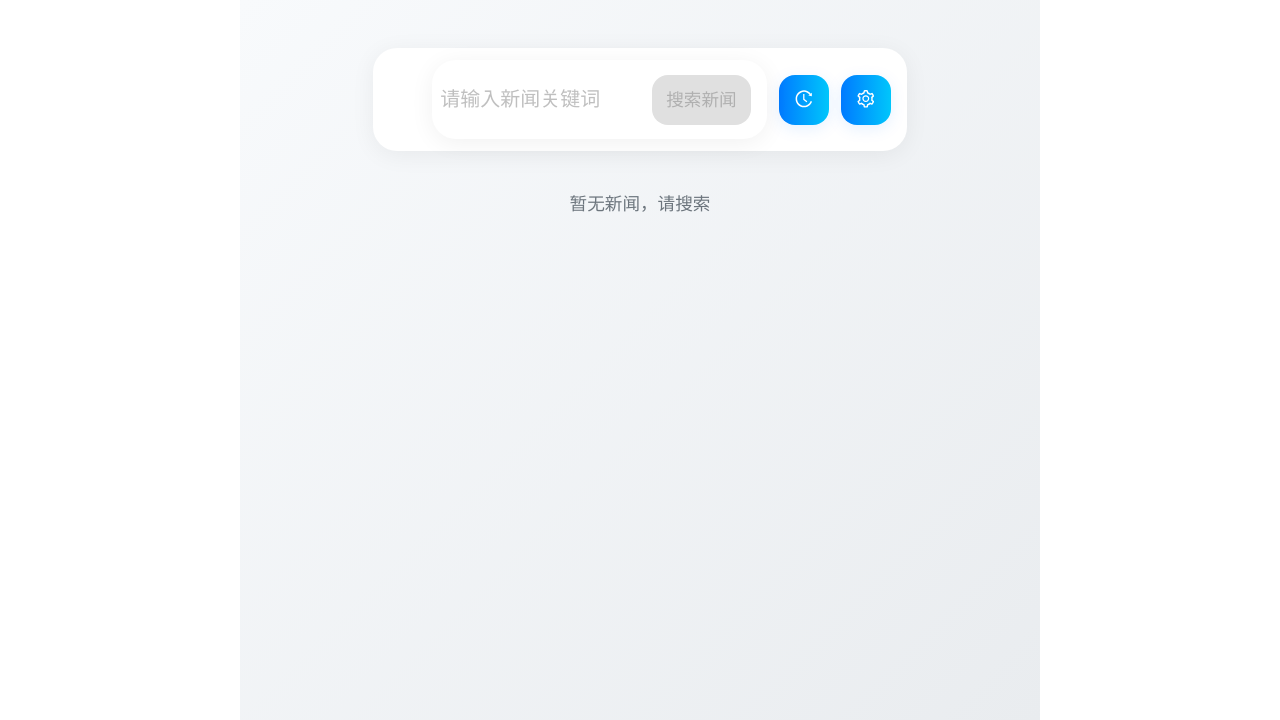
Repository: XJN7197/NewsAssistantBaseMCP
Page: / (app in frontend/)
These files come from the project's save history. The page is drawn as it stood at one moment and after the next save; the edit follows.
The browser window is 1280 px wide. The pictures show the whole page.
The project was rebuilt for these pictures with package versions that can differ from the ones it lists, and the page was loaded fresh each time. Also part of the build but not shown: frontend/vite.config.ts, frontend/src/components/NewsCard.tsx.

Above is the page before, as saved 2025-05-25 19:52:47.

### frontend/src/App.tsx
import { useState } from 'react'
import Home from './pages/Home'
import './App.css'

function App() {

  return (
    <>
      <Home/>
    </>
  )
}

export default App

### frontend/src/pages/Home.module.css
.home-container {
  height: 100vh;
  width: 800px;
  background: linear-gradient(135deg, #f8fafc 0%, #e9ecef 100%);
  display: flex;
  flex-direction: column;
  align-items: center;
  padding: 48px 0 48px 0; /* 调整了上下padding，左右padding设为0，因为内容区会通过max-width控制 */
  font-family: -apple-system, BlinkMacSystemFont, "Segoe UI", Roboto, "Helvetica Neue", Arial, "PingFang SC", "Hiragino Sans GB", "Microsoft YaHei", sans-serif;
}

.search-bar {
  display: flex;
  justify-content: flex-end;
  align-items: center;
  gap: 12px;
  position: sticky;
  top: 0;
  z-index: 1;
  background: #fff;
  border-radius: 24px;
  box-shadow: 0 4px 24px 0 rgba(0,0,0,0.06);
  padding: 12px 16px; /* 减小整体内边距 */
  width: 66.66%;
  max-width: none;
}

.search-bar input[type="text"] {
  flex: 1;
  min-width: 200px; /* 设置最小宽度 */
  border: none;
  outline: none;
  font-size: 1.25rem;
  background: transparent;
  color: #222;
  padding: 8px 12px; /* 调整输入框内边距 */
  margin: 0;
  box-sizing: border-box;
  border-radius: 8px; /* 添加圆角 */
  transition: background 0.2s;
}

/* 添加输入框悬停效果 */
.search-bar input[type="text"]:hover,
.search-bar input[type="text"]:focus {
  background: rgba(0, 0, 0, 0.02);
}
.search-bar button {
  height: 50px;
  background: linear-gradient(90deg, #007aff 0%, #00c6fb 100%);
  color: #fff;
  border: none;
  border-radius: 16px; /* 更大的圆角 */
  padding: 14px 36px; /* 增加了按钮padding */
  font-size: 1.1rem; /* 稍大字体 */
  font-weight: 500;
  cursor: pointer;
  transition: background 0.2s, box-shadow 0.2s;
  box-shadow: 0 4px 16px 0 rgba(0,122,255,0.10); /* 按钮阴影 */
}

.search-bar button:disabled {
  background: #e0e0e0;
  color: #b0b0b0;
  cursor: not-allowed;
  box-shadow: none;
}

.news-list-container { /* Renamed from .news-list */
  width: 66.66%; /* 宽度固定为视口宽度的2/3 */
  /* height: 1500px; 高度固定为1500px */
  max-width: none; /* 移除最大宽度限制 */
  margin-bottom: 40px;
  min-height: 180px; /* 最小高度，避免内容过少时塌陷 */
  display: flex;
  flex-direction: column;
  gap: 24px; /* 新闻卡片之间的间距 */
  overflow-y: auto; /* 添加垂直滚动 */
  /* 可以在这里添加新闻卡片的样式，或者为新闻卡片组件单独创建样式文件 */
}

/* 针对 news-list 中暂无新闻的提示文本样式 */
.news-list > div {
  color: #6c757d; /* 柔和的提示文字颜色 */
  font-size: 1.1rem;
  text-align: center;
  padding: 40px 0;
}

/* Styles for .news-card, .checkbox-container, .news-content, .news-title, .news-desc, .news-link are removed as Ant Design components handle them */

/* 错误消息样式 */
.error-message {
  color: #dc3545; /* 红色错误提示 */
  font-size: 1.1rem;
  text-align: center;
  padding: 40px 0;
}


.analyze-btn {
  margin-bottom: 32px;
}

.analyze-btn button {
  background: linear-gradient(90deg, #34e89e 0%, #0f3443 100%); /* 保持了之前的渐变色 */
  color: #fff;
  border: none;
  border-radius: 16px; /* 更大的圆角 */
  padding: 16px 48px; /* 增加了按钮padding */
  font-size: 1.2rem; /* 稍大字体 */
  font-weight: 600;
  cursor: pointer;
  transition: background 0.2s, box-shadow 0.2s;
  box-shadow: 0 4px 16px 0 rgba(52,232,158,0.10); /* 按钮阴影 */
}

.analyze-btn button:disabled {
  background: #e0e0e0;
  color: #b0b0b0;
  cursor: not-allowed;
  box-shadow: none;
}

/* Styles for .report-modal and its children are removed as Ant Design Modal component handles them */

### frontend/src/mock/newsData.ts
export const mockNewsData = {
    news_list: [
      {
        title: "Qwen引领AI前端技术革新：深度解析一句话开发网页的突破_模型_行业_创新",
        desc: "在人工智能快速发展的2025年，来自量子位的最新报道显示，AI技术正迎来前所未有的革新，尤其是在前端开发领域。由Qwen推出的“AI前端工程师”WebDev工具，以...",
        url: "https://news.sohu.com/a/893821748_121924584"
      },
      {
        title: "谷歌推Gemini2.5Pro模型，AI 助力前端开发与复杂编程",
        desc: "谷歌推Gemini2.5Pro模型#，AI 助力前端开发与复杂编程】5 月7 日消息，科技媒体The Decoder 昨日（5 月6 日）发布博文，报道称谷歌为预热今年的I/O...",
        url: "https://news.sina.com.cn/external/car/2025-05-07/doc-inevtine1324735.shtml"
      },
      {
        title: "前端程序员请注意！首个截图就能生成现代前端代码的AI来了 | 已开源",
        desc: "现在截图生成代码，已经来到了一个新高度——. ⾸个⾯向现代前端代码⽣成的多模态⼤模型解决⽅案，来了！ 而且是开源的那种。 前端程序员请注意！首个截图就能...",
        url: "https://www.qbitai.com/2025/02/258521.html"
      },
      {
        title: "AI包办79%代码，程序员饭碗不保，前端开发要凉，人类只配改Bug？",
        desc: "编码助手更偏向自动化。有79%的Claude Code对话可以被归为「自动化」，即AI直接完成任务，而不是与人类协作「增强」。相比之下，Claude.ai的对话中只有49%是...",
        url: "https://m.36kr.com/p/3271134281245063"
      },
      {
        title: "武汉烽火申请前后端协同开发方法专利，大大降低前后端耦合度",
        desc: "本文源自:金融界. 金融界2025年5月15日消息，国家知识产权局信息显示，武汉烽火信息集成技术有限公司申请一项名为“前后端协同开发方法、装置、设备及可...",
        url: "https://cj.sina.cn/articles/view/1704103183/65928d0f02007wlqg?froms=ggmp"
      }
    ]
  };

### frontend/src/mock/reportData.ts
// 模拟舆情分析报告数据
export const mockReportData = {
  report: `
  **分析时间：** 2025-05-22 20:48:32

  ---

  ## 📥 原始新闻内容

  ### 新闻1
  - **标题**: Qwen引领AI前端技术革新：深度解析一句话开发网页的突破_模型_行业_创新
  - **描述**: 在人工智能快速发展的2025年，来自量子位的最新报道显示，AI技术正迎来前所未有的革新，尤其是在前端开发领域。由Qwen推出的“AI前端工程师”WebDev工具，以...
  - **链接**: https://news.sohu.com/a/893821748_121924584

  ### 新闻2
  - **标题**: 谷歌推Gemini2.5Pro模型，AI 助力前端开发与复杂编程
  - **描述**: 谷歌推Gemini2.5Pro模型#，AI 助力前端开发与复杂编程】5 月7 日消息，科技媒体The Decoder 昨日（5 月6 日）发布博文，报道称谷歌为预热今年的I/O...
  - **链接**: https://news.sina.com.cn/external/car/2025-05-07/doc-inevtine1324735.shtml

  ### 新闻3
  - **标题**: 前端程序员请注意！首个截图就能生成现代前端代码的AI来了 | 已开源
  - **描述**: 现在截图生成代码，已经来到了一个新高度——. ⾸个⾯向现代前端代码⽣成的多模态⼤模型解决⽅案，来了！ 而且是开源的那种。 前端程序员请注意！首个截图就能...
  - **链接**: https://www.qbitai.com/2025/02/258521.html

  ### 新闻4
  - **标题**: AI包办79%代码，程序员饭碗不保，前端开发要凉，人类只配改Bug？
  - **描述**: 编码助手更偏向自动化。有79%的Claude Code对话可以被归为「自动化」，即AI直接完成任务，而不是与人类协作「增强」。相比之下，Claude.ai的对话中只有49%是...
  - **链接**: https://m.36kr.com/p/3271134281245063

  ### 新闻5
  - **标题**: 武汉烽火申请前后端协同开发方法专利，大大降低前后端耦合度
  - **描述**: 本文源自:金融界. 金融界2025年5月15日消息，国家知识产权局信息显示，武汉烽火信息集成技术有限公司申请一项名为“前后端协同开发方法、装置、设备及可...
  - **链接**: https://cj.sina.cn/articles/view/1704103183/65928d0f02007wlqg?froms=ggmp

  ---

  ## 📊 分析结果

  ### 舆情分析报告
  **日期**：2025年5月
  **分析范围**：五篇关于AI与前端开发的新闻

  ---

  #### **一、情绪倾向分析**
  | 新闻编号 | 情绪倾向 | 原因说明 |
  |----------|----------|----------|
  | **新闻1** | **正面** | 强调Qwen的“革新”“突破”等词汇，突出AI技术对前端开发的赋能，传递积极创新信号。 |
  | **新闻2** | **正面** | 谷歌推出新模型推动“AI助力前端开发”，体现技术迭代的行业趋势，语气温和但积极。 |
  | **新闻3** | **正面** | 聚焦“首个截图生成代码”“开源”等关键词，展示AI工具的实用性和开放性，引发开发者关注。 |
  | **新闻4** | **负面** | 标题直接使用“饭碗不保”“要凉”等强烈词汇，讨论AI对程序员职业的冲击，情绪偏担忧。 |
  | **新闻5** | **正面** | 武汉烽火的专利申请聚焦“降低耦合度”技术优化，体现行业对效率提升的关注，属中性积极技术报道。 |

  ---

  #### **二、舆情总结**
  1. **技术革新主导正面情绪**
     - 多篇新闻聚焦AI在前端开发中的创新应用（如Qwen、Gemini2.5Pro、开源工具），强调效率提升、自动化开发等优势，反映行业对AI技术的期待与认可。
     - 专利申请（新闻5）进一步表明企业对技术优化的重视，传递积极发展趋势。

  2. **负面情绪集中于就业风险**
     - 新闻4通过“79%代码由AI包办”“程序员饭碗不保”等表述，引发对AI替代人力的焦虑，负面情绪显著，但未否认技术价值。

  3. **行业矛盾与机遇并存**
     - 正面报道多关注技术突破，负面内容则反映人类与AI协作模式的争议，整体呈现“技术进步”与“职业担忧”的双重叙事。

  ---

  #### **三、建议**
  - **技术开发者**：关注AI工具的开源与迭代（如新闻3），同时提升复合技能以适应自动化趋势。
  - **企业与政策制定者**：平衡技术应用与就业保障，推动人机协作模式的探索。
  - **媒体传播**：客观呈现AI对行业的赋能与挑战，避免过度渲染负面情绪。

  **结论**：当前舆情以技术革新为核心积极主题，但需警惕AI对职业结构的潜在冲击，行业需在创新与人文关怀间寻求平衡。
`
}

### frontend/src/components/NewsSearch.tsx
import React from 'react';
import { Button as AntButton, Input } from 'antd';
import styles from '../pages/Home.module.css'; // 引入 Home.module.css 中的样式

interface NewsSearchProps {
  keyword: string;
  setKeyword: (keyword: string) => void;
  handleSearch: () => void;
  loading: boolean;
}

const NewsSearch: React.FC<NewsSearchProps> = ({
  keyword,
  setKeyword,
  handleSearch,
  loading,
}) => {
  return (
    <div className={styles['search-bar']}> {/* 使用 Home.module.css 中的样式 */}
      <Input
        placeholder="请输入新闻关键词"
        value={keyword}
        onChange={e => setKeyword(e.target.value)}
        onPressEnter={handleSearch} // 支持回车搜索
        style={{ flex: 1, fontSize: '1.25rem', padding: '12px 0' }} // 保持原有部分样式
      />
      <AntButton
        type="primary"
        onClick={handleSearch}
        loading={loading}
        disabled={!keyword}
        style={{ borderRadius: '16px', padding: '14px', fontSize: '1.1rem', fontWeight: 500 }} // 保持原有部分样式，并添加右边距
      >
        搜索新闻
      </AntButton>
    </div>
  );
};

export default NewsSearch;

### frontend/src/components/NewsList.tsx
import React from 'react';
import { List, Spin, Typography } from 'antd';
import NewsCard from './NewsCard';
import styles from '../pages/Home.module.css'; // 引入 Home.module.css 中的样式

const { Text } = Typography;

interface NewsListProps {
  newsList: any[]; // 根据实际新闻数据结构定义更精确的类型
  selectedNews: Set<number>;
  onItemChange: (id: number, checked: boolean) => void;
  loading: boolean;
}

const NewsList: React.FC<NewsListProps> = ({
  newsList,
  selectedNews,
  onItemChange,
  loading,
}) => {
  return (
    <div className={styles['news-list-container']}> {/* 使用 Home.module.css 中的样式 */}
      {loading && newsList.length === 0 && (
        <div style={{ textAlign: 'center', padding: '40px 0' }}>
          <Spin size="large" />
        </div>
      )}
      {!loading && newsList.length === 0 && (
        <div style={{ textAlign: 'center', color: '#6c757d', fontSize: '1.1rem', padding: '40px 0' }}>
          暂无新闻，请搜索
        </div>
      )}
      {newsList.length > 0 && newsList[0].error && (
        <div className={styles['error-message']}>{newsList[0].error}</div>
      )}
      {newsList.length > 0 && !newsList[0].error && (
        <List
          itemLayout="horizontal"
          dataSource={newsList}
          renderItem={item => (
            <NewsCard
              key={item.id}
              item={item}
              selectedNews={selectedNews}
              onItemChange={onItemChange}
            />
          )}
        />
      )}
    </div>
  );
};

export default NewsList;

### frontend/src/components/ReportModal.tsx
import React from 'react';
import { Modal, Button as AntButton, Spin, Typography } from 'antd';
import ReactMarkdown from 'react-markdown';
import remarkGfm from 'remark-gfm';

const { Title, Text } = Typography;

interface ReportModalProps {
  showReport: boolean;
  setShowReport: (show: boolean) => void;
  report: string | null;
  loading: boolean;
  handleDownload: () => void;
  setEmailModalVisible: (visible: boolean) => void;
}

const ReportModal: React.FC<ReportModalProps> = ({
  showReport,
  setShowReport,
  report,
  loading,
  handleDownload,
  setEmailModalVisible,
}) => {
  return (
    <Modal
      title={<Title level={3} style={{ textAlign: 'center', marginBottom: 0 }}>舆情分析报告</Title>}
      open={showReport}
      onCancel={() => setShowReport(false)}
      footer={[
        <AntButton
          key="download"
          onClick={handleDownload}
          disabled={!report}
          style={{ borderRadius: '12px', marginRight: '8px' }}
        >
          下载报告
        </AntButton>,
        <AntButton
          key="email"
          onClick={() => setEmailModalVisible(true)}
          disabled={!report}
          style={{ borderRadius: '12px', marginRight: '8px' }}
        >
          发送邮件
        </AntButton>,
        <AntButton key="close" type="primary" onClick={() => setShowReport(false)} style={{ borderRadius: '12px' }}>
          关闭
        </AntButton>
      ]}
      width="60vw"
      styles={{
        body: { maxHeight: '70vh', overflowY: 'auto', background: '#fff', padding: '24px 40px' },
        content: { zIndex: 1000 }
      }}
    >
      {loading && !report ? (
        <div style={{ textAlign: 'center', padding: '40px 0' }}>
          <Spin size="large" tip="分析报告生成中..." />
        </div>
      ) : report ? (
        <ReactMarkdown remarkPlugins={[remarkGfm]}>{report}</ReactMarkdown>
      ) : (
        <Text>报告生成中或无内容...</Text>
      )}
    </Modal>
  );
};

export default ReportModal;

### frontend/src/components/SettingsModal.tsx
import React from 'react';
import { Modal, Button as AntButton, Spin, Form, Input, Typography, message } from 'antd';

const { Title } = Typography;

interface SettingsModalProps {
  showSettings: boolean;
  setShowSettings: (show: boolean) => void;
  config: any; // 根据实际配置数据结构定义更精确的类型
  configLoading: boolean;
  fetchConfig: () => void;
  updateConfig: (values: any) => Promise<void>;
}

const SettingsModal: React.FC<SettingsModalProps> = ({
  showSettings,
  setShowSettings,
  config,
  configLoading,
  fetchConfig,
  updateConfig,
}) => {
  const [configForm] = Form.useForm();

  // 当弹窗打开时获取配置
  React.useEffect(() => {
    if (showSettings) {
      fetchConfig();
    }
  }, [showSettings, fetchConfig]);

  // 当 config 更新时设置表单值
  React.useEffect(() => {
    configForm.setFieldsValue(config);
  }, [config, configForm]);

  const handleSave = async () => {
    try {
      const values = await configForm.validateFields();
      await updateConfig(values);
    } catch (errorInfo) {
      console.error('Validate Failed:', errorInfo);
      message.error('请检查表单填写是否正确。');
    }
  };

  return (
    <Modal
      title={<Title level={3} style={{ textAlign: 'center', marginBottom: 0 }}>配置设置</Title>}
      open={showSettings}
      onCancel={() => setShowSettings(false)}
      footer={[
        <AntButton key="cancel" onClick={() => setShowSettings(false)} style={{ borderRadius: '12px' }}>
          取消
        </AntButton>,
        <AntButton key="submit" type="primary" loading={configLoading} onClick={handleSave} style={{ borderRadius: '12px' }}>
          保存
        </AntButton>,
      ]}
      width="50vw"
      styles={{ body: { maxHeight: '70vh', overflowY: 'auto', background: '#fff', padding: '24px 40px' } }}
    >
      {configLoading && Object.keys(config).length === 0 ? (
        <div style={{ textAlign: 'center', padding: '40px 0' }}>
          <Spin size="large" tip="加载配置中..." />
        </div>
      ) : (
        <Form
          form={configForm}
          layout="vertical"
          initialValues={config} // 使用状态中的配置作为初始值
        >
          {Object.keys(config).map(key => {
            let inputProps = {};

            // 根据不同字段设置不同的input type
            if (key === 'BASE_URL') {
              inputProps = { type: 'url', placeholder: '请输入有效的URL地址' };
            } else if (key === 'EMAIL_USER') {
              inputProps = { type: 'email', placeholder: '请输入有效的邮箱地址' };
            } else if (key === 'SMTP_SERVER') {
              inputProps = {
                type: 'text',
                placeholder: '请输入SMTP服务器地址',
                pattern: '^[a-zA-Z0-9][a-zA-Z0-9\-\.]+[a-zA-Z0-9]$'
              };
            }

            return (
              <Form.Item
                key={key}
                label={key}
                name={key}
                rules={[{ required: true, message: `请输入 ${key}!` }]} // 添加必填规则
              >
                <Input {...inputProps} />
              </Form.Item>
            );
          })}
        </Form>
      )}
    </Modal>
  );
};

export default SettingsModal;

### frontend/src/components/EmailModal.tsx
import React, { useState } from 'react';
import { Modal, Button as AntButton, Form, Input, message } from 'antd';

interface EmailModalProps {
  emailModalVisible: boolean;
  setEmailModalVisible: (visible: boolean) => void;
  report: string | null;
}

const EmailModal: React.FC<EmailModalProps> = ({
  emailModalVisible,
  setEmailModalVisible,
  report,
}) => {
  const [emailTo, setEmailTo] = useState('');
  const [emailSending, setEmailSending] = useState(false);
  const [form] = Form.useForm();

  // Reset form when modal opens
  React.useEffect(() => {
    if (emailModalVisible) {
      form.resetFields();
      setEmailTo(''); // Also reset local state
    }
  }, [emailModalVisible, form]);

  const handleSendEmail = async () => {
    if (!report || !emailTo) return;

    setEmailSending(true);
    try {
      const response = await fetch('http://localhost:8000/send_email', {
        method: 'POST',
        headers: {
          'Content-Type': 'application/json',
        },
        body: JSON.stringify({
          to: emailTo,
          subject: `舆情分析报告`,
          report_content: report
        }),
      });

      const data = await response.json();
      if (data.status === 'success') {
        message.success('邮件发送成功！');
        setEmailModalVisible(false);
      } else {
        message.error(`邮件发送失败: ${data.message}`);
      }
    } catch (error) {
      console.error("邮件发送失败:", error);
      message.error(`邮件发送失败: ${error}`);
    } finally {
      setEmailSending(false);
    }
  };

  return (
    <Modal
      title="发送分析报告到邮箱"
      open={emailModalVisible}
      onCancel={() => setEmailModalVisible(false)}
      footer={[
        <AntButton key="cancel" onClick={() => setEmailModalVisible(false)} style={{ borderRadius: '12px' }}>
          取消
        </AntButton>,
        <AntButton
          key="send"
          type="primary"
          loading={emailSending}
          onClick={handleSendEmail}
          disabled={!emailTo}
          style={{ borderRadius: '12px' }}
        >
          发送
        </AntButton>,
      ]}
    >
      <Form form={form} layout="vertical">
        <Form.Item
          label="收件人邮箱"
          name="email"
          rules={[
            { required: true, message: '请输入收件人邮箱!' },
            { type: 'email', message: '请输入有效的邮箱地址!' }
          ]}
        >
          <Input
            placeholder="请输入收件人邮箱"
            value={emailTo}
            onChange={e => setEmailTo(e.target.value)}
          />
        </Form.Item>
      </Form>
    </Modal>
  );
};

export default EmailModal;

Loaded but not shown: frontend/index.html (common file); frontend/src/main.tsx (common file); frontend/src/index.css (common file); frontend/src/App.css (common file); frontend/src/pages/Home.tsx (476 lines, source omitted)

After the next save:
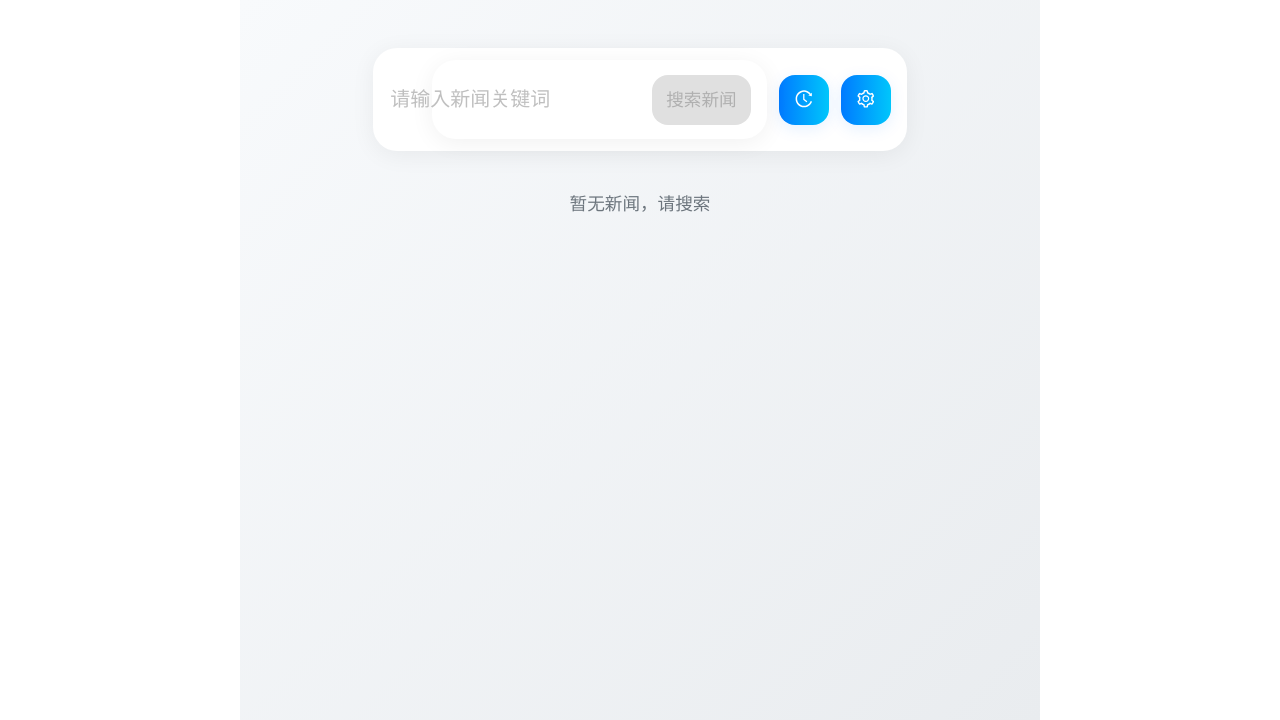
Saved 15 s later.
--- a/frontend/src/pages/Home.module.css
+++ b/frontend/src/pages/Home.module.css
@@ -27,7 +27,7 @@
 
 .search-bar input[type="text"] {
   flex: 1;
-  min-width: 200px; /* 设置最小宽度 */
+  min-width: 250px; /* 设置最小宽度 */
   border: none;
   outline: none;
   font-size: 1.25rem;
